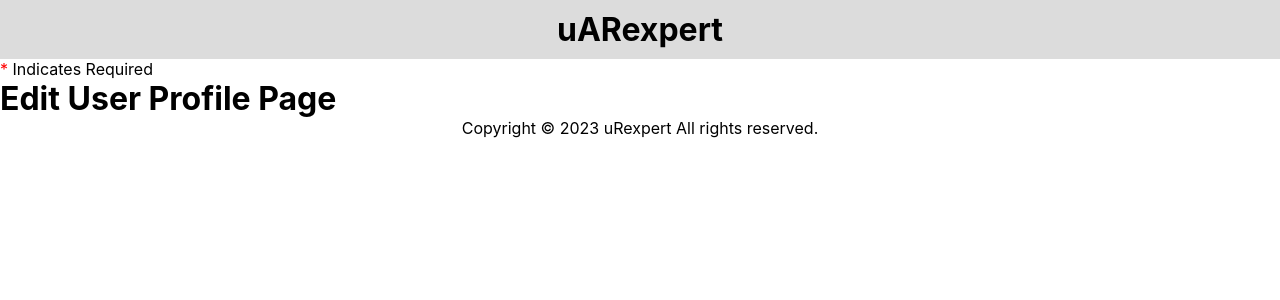
Repository: onionNguyen/Senior-Design-Project
Page: /profile/edit (app in frontend/)
These files come from the project's save history. The page is drawn as it stood at one moment and after the next save; the edit follows.
The browser window is 1280 px wide. The pictures show the whole page.
The page's requests for data from a server got no answer. The project was rebuilt for these pictures with package versions that can differ from the ones it lists, and the page was loaded fresh each time. No one was signed in, and anything a server would have sent is missing. Also part of the build but not shown: frontend/src/components/form/Input.js, frontend/src/components/pages/edit-user-profile/EditProfile.module.css, frontend/src/components/form/MessageRibbon.js, frontend/src/components/pages/login/Login.module.css, frontend/src/components/pages/login/Login.js, frontend/src/components/sidenav/SideNav.module.css, frontend/src/components/sidenav/SideNav.js, frontend/src/components/pages/home/Home.module.css and 7 more.

Above is the page before, as saved 2023-10-27 00:13:02.

After the next save:
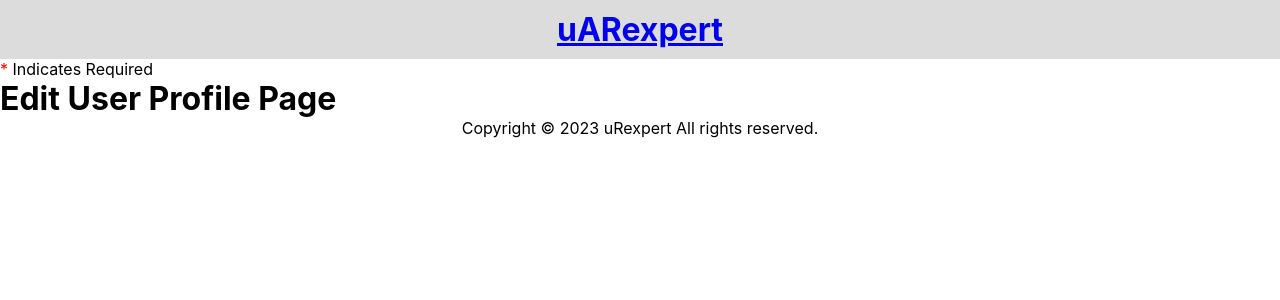
Saved 3 min 21 s later.
--- a/frontend/src/components/header/Header.js
+++ b/frontend/src/components/header/Header.js
@@ -2,7 +2,7 @@ import React from "react";
 import styles from "./Header.module.css";
 import { useContext } from "react";
 import { AuthContext } from "../../helpers/AuthContext";
-import { useNavigate } from "react-router-dom";
+import { useNavigate, Link } from "react-router-dom";
 
 const Header = () => {
   const { authState, setAuthState } = useContext(AuthContext);
@@ -21,7 +21,9 @@ const Header = () => {
 
   return (
     <div className={styles["header"]}>
-      <h1>uARexpert</h1>
+      <Link to="/">
+        <h1>uARexpert</h1>
+      </Link>
       {authState.status && <h2>{authState.name}</h2>}
       {authState.status && <button onClick={logout}>Logout</button>}
     </div>
